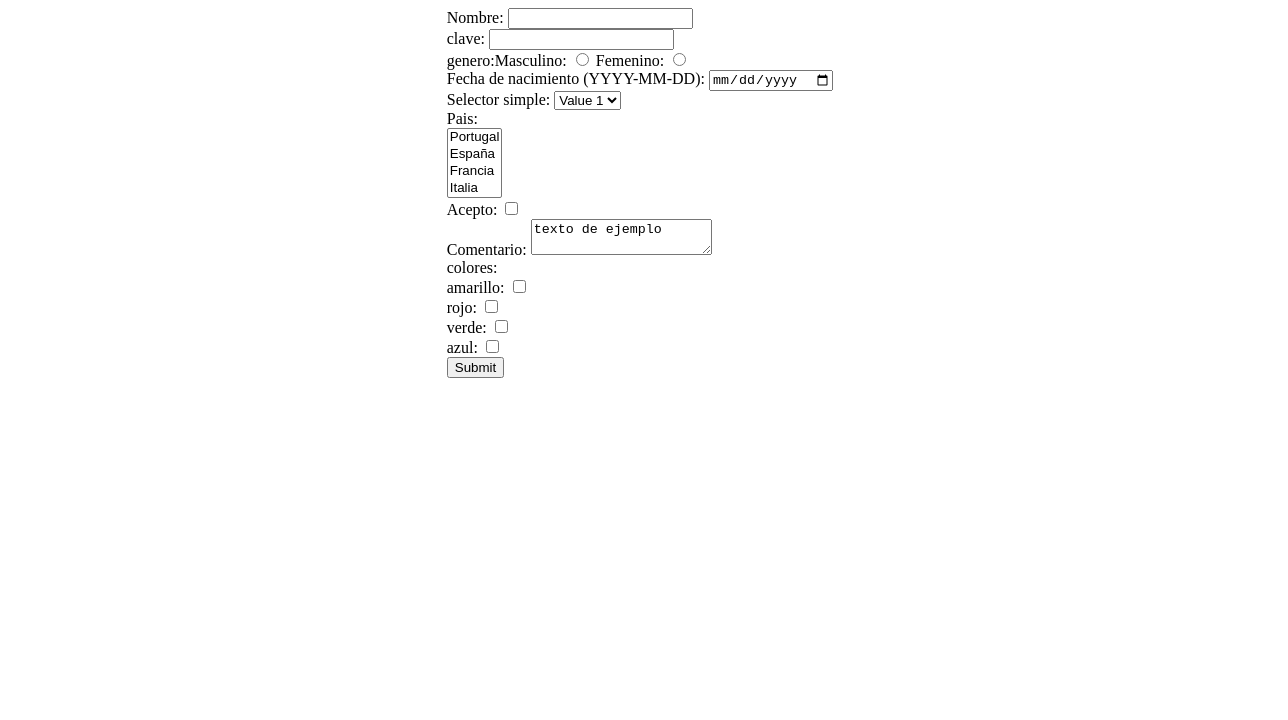
Repository: alvaroteja/ServidorJava
Page: http://localhost/11-EchoParametrosConArchivoJSP/formulario.jsp
An editor plug-in stored every save of this project. The page is shown before and after the next save, followed by the edit.
The browser window is 1280 px wide. The page is 1280 px wide, then 1288 px, so the pictures cover 1288 px, including what lies to the right of the window. The pictures show the whole page.
The page is served by Tomcat 10. Other server files are loaded and not shown.

Above is the page before, as saved 2023-01-23 09:03:53.

### 11-EchoParametrosConArchivoJSP/src/main/webapp/formulario.jsp
<%@ page language="java" contentType="text/html; charset=ISO-8859-1"
	pageEncoding="ISO-8859-1"%>
<!DOCTYPE html>
<html>
<head>
<meta charset="ISO-8859-1">
<title>Insert title here</title>
<style>
body {
	display: flex;
	align-items: center;
	justify-content: center;
}
</style>
</head>
<body>
	<form action="formularioServlet" method="post">
		<label>Nombre:</label> <input type="text" name="nombre"> <br />
		<label>clave:</label> <input type="password" name="calve"> <br />
		<label>genero:</label><label>Masculino:</label> <input type="radio"
			name="genero" value="masculino"> <label>Femenino:</label> <input
			type="radio" name="genero" value="femenino"> <br /> <label>Fecha
			de nacimiento (YYYY-MM-DD):</label> <input type="date" name="FechaNacimiento">
		<br /> <label>Selector simple:</label> <select name="selectorSimple">
			<option value="value1">Value 1</option>
			<option value="value2">Value 2</option>
			<option value="value3">Value 3</option>
		</select> <br /> <label>Pais:</label><br /> <select name="pais" id="pais"
			multiple>
			<option value="Portugal">Portugal</option>
			<option value="Espana">España</option>
			<option value="Francia">Francia</option>
			<option value="Italia">Italia</option>
		</select> <br /> <label>Acepto:</label> <input type="checkbox" name="acepto">
		<br /> <label>Comentario:</label>
		<textarea name="comentario">texto de ejemplo</textarea>
		<input type="hidden" name="custId" value="aa"> <input
			type="hidden" name="custId" value="aaaa"> <br /> <label>colores:</label>
		<br /> <label>amarillo:</label> <input type="checkbox" name="colores"
			value="amarillo"> <br /> <label>rojo:</label> <input
			type="checkbox" name="colores" value="rojo"> <br /> <label>verde:</label>
		<input type="checkbox" name="colores" value="verde"> <br /> <label>azul:</label>
		<input type="checkbox" name="colores" value="azul"> <br /> <input
			type="submit">
	</form>
</body>
</html>

After the next save:
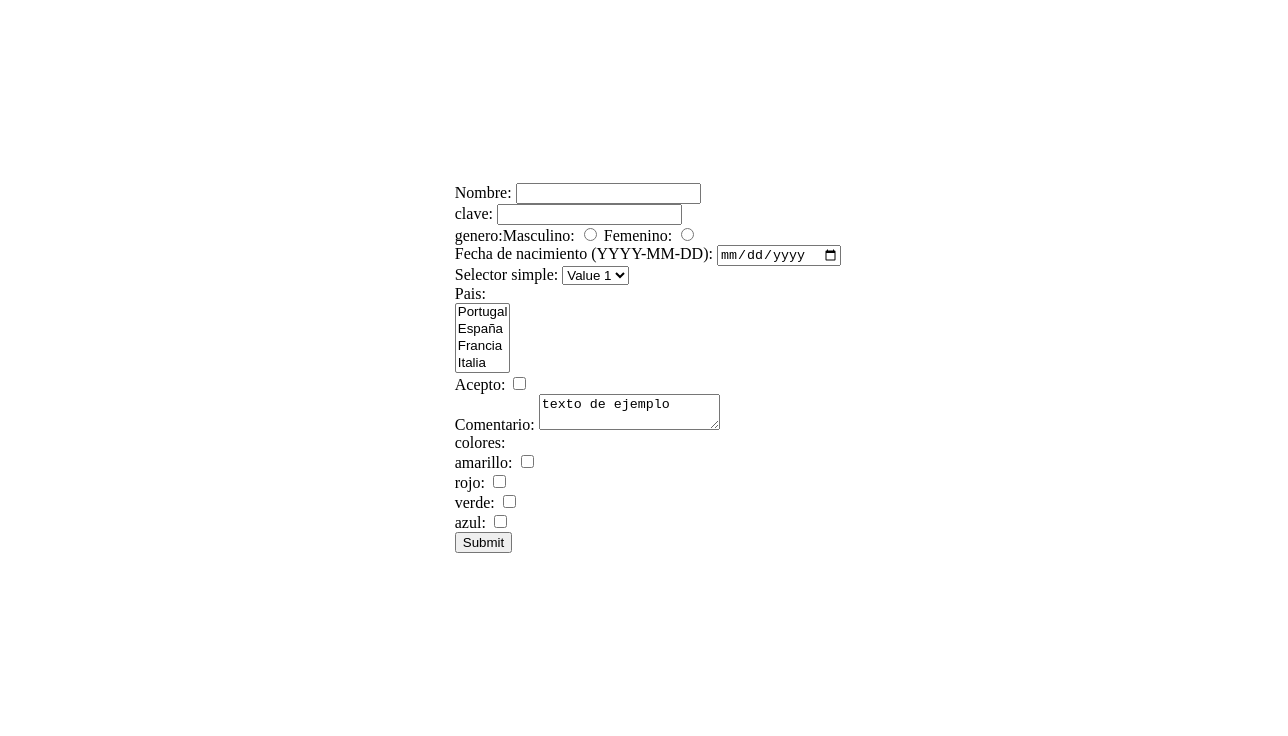
Saved 29 s later.
--- a/11-EchoParametrosConArchivoJSP/src/main/webapp/formulario.jsp
+++ b/11-EchoParametrosConArchivoJSP/src/main/webapp/formulario.jsp
@@ -7,6 +7,8 @@
 <title>Insert title here</title>
 <style>
 body {
+	width: 100vw;
+	height: 100vh;
 	display: flex;
 	align-items: center;
 	justify-content: center;
